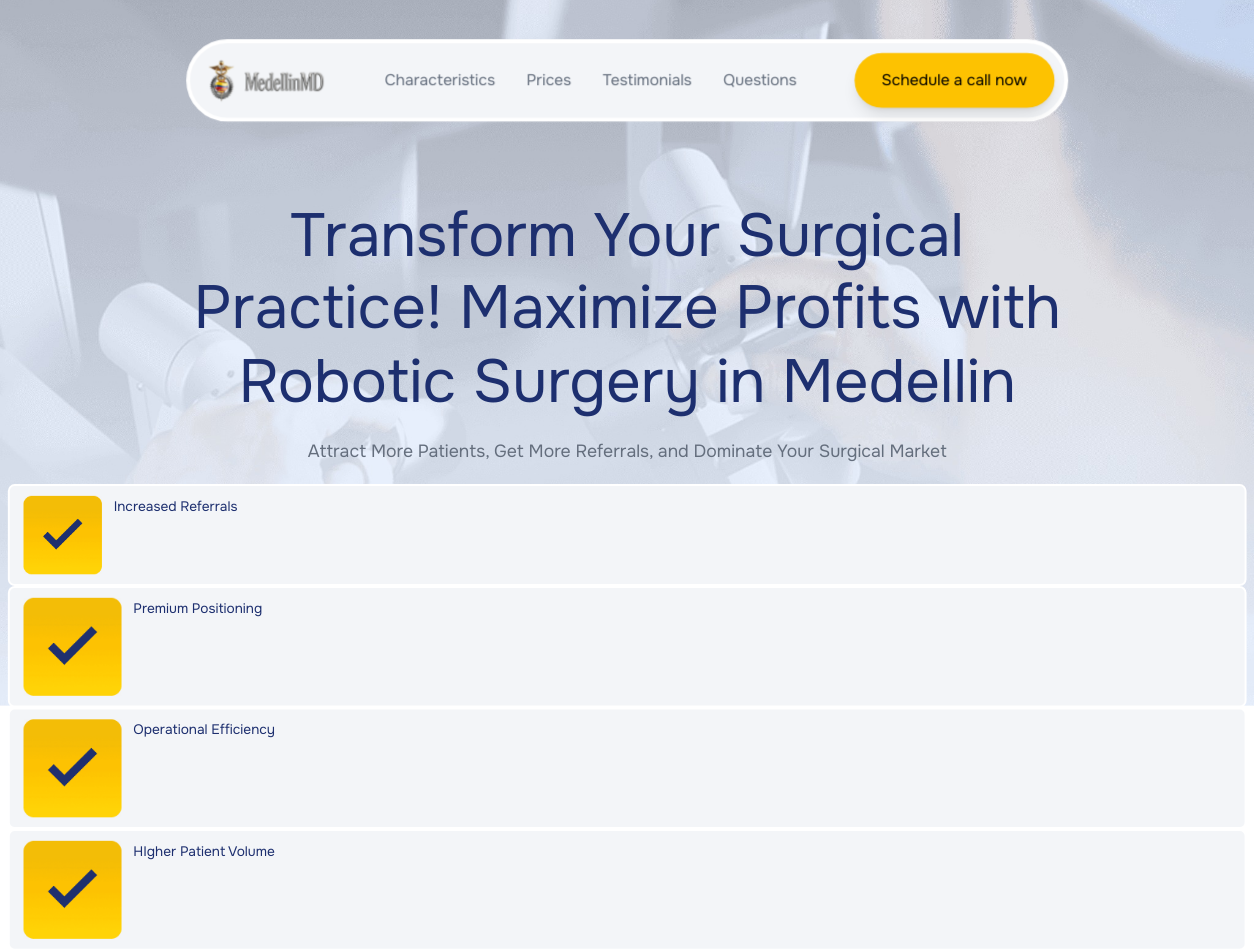
Repository: emmanueltech2019/cmd
Page: /home
An editor plug-in stored every save of this project. The page is shown before and after a run of saves, followed by the edit.
The browser window is 1280 px wide. The pictures show the whole page, at 98% of full size.
The project was rebuilt for these pictures with package versions that can differ from the ones it lists, and the page was loaded fresh each time. The framework's server and built-in components were replaced by stand-ins that run in the browser. Also part of the build but not shown: next.config.mjs.

Above is the page before, as saved 2025-05-15 16:13:52.

### src/app/home/page.jsx
import React from 'react'
import Image from 'next/image'
import medellinHero from '@/images/jpg/medellinHero.jpg'
import medellinLogo from '@/images/png/medellinLogo.png'
import medellinCheck from '@/images/png/medellinCheck.png'
import SlideView from '../components/SlideView'
import Button from '../components/Button'

const page = () => {
  return (
    <>
        <div className={`h-screen w-full`}
            style={{
                backgroundImage: `url(${medellinHero.src})`,
                backgroundSize: 'cover',
                backgroundPosition: 'center',
                backgroundRepeat: 'no-repeat',
            }}
        >
            <nav className='py-5'>
                <div className="w-web-navwidth mx-auto bg-web-navwhite backdrop-blur-md p-web-nav-padding flex justify-between items-center rounded-web-radius border-white border-4 my-5">
                    <div className="w-web-logowidth h-web-logoheight flex justify-center items-center">
                        <Image src={medellinLogo} width={100} height={100} alt='medellin logo' className='w-full' />
                    </div>
                    <ul className="flex gap-web-navgap items-center text-navfontsize">
                        <li>
                            <button className='p-web-nav-padding bg-transparent hover:bg-web-blue text-web-navgray hover:text-white transition-all duration-500 rounded-web-navbtnradius'>Characteristics</button>
                        </li>
                        <li>
                            <button className='p-web-nav-padding bg-transparent hover:bg-web-blue text-web-navgray hover:text-white transition-all duration-500 rounded-web-navbtnradius'>Prices</button>
                        </li>
                        <li>
                            <button className='p-web-nav-padding bg-transparent hover:bg-web-blue text-web-navgray hover:text-white transition-all duration-500 rounded-web-navbtnradius'>Testimonials</button>
                        </li>
                        <li>
                            <button className='p-web-nav-padding bg-transparent hover:bg-web-blue text-web-navgray hover:text-white transition-all duration-500 rounded-web-navbtnradius'>Questions</button>
                        </li>
                    </ul>
                    <Button className='bg-web-yellow hover:bg-web-blue py-4 px-7 transition-all duration-500 hover:text-white shadow-lg rounded-web-radius'>Schedule a call now</Button>
                </div>
            </nav>
            <div className="mt-10 w-[100%] md:w-[70%] mx-auto">
                <h1 className="text-center text-web-blue text-webhero-font leading-webhero-lineheight">Transform Your Surgical Practice! Maximize Profits with Robotic Surgery in Medellin</h1>
                <p className='text-websubhero-font text-web-navgray text-center py-5'>Attract More Patients, Get More Referrals, and Dominate Your Surgical Market</p>
            </div>
            <div className="whitespace-nowrap">
                <SlideView>
                    <div className="flex gap-3">
                        <Image src={medellinCheck} alt='medellin check' width={100} height={100} className='w-20' />
                        Increased Referrals
                    </div>
                </SlideView>
                <SlideView>
                    <div className="flex gap-3">
                        <Image src={medellinCheck} alt='medellin check' width={100} height={100} />
                        Premium Positioning
                    </div>
                </SlideView>
                <SlideView>
                    <div className="flex gap-3">
                        <Image src={medellinCheck} alt='medellin check' width={100} height={100} />
                        Operational Efficiency
                    </div>
                </SlideView>
                <SlideView>
                    <div className="flex gap-3">
                        <Image src={medellinCheck} alt='medellin check' width={100} height={100} />
                        HIgher Patient Volume
                    </div>
                </SlideView>
            </div>
        </div>
    </>
  )
}

export default page

### src/app/globals.css
@import url('https://fonts.googleapis.com/css2?family=Onest:wght@100..900&family=Poppins:ital,wght@0,100;0,200;0,300;0,400;0,500;0,600;0,700;0,800;0,900;1,100;1,200;1,300;1,400;1,500;1,600;1,700;1,800;1,900&display=swap');

*{
  font-family: "Onest", sans-serif;
}

@tailwind base;
@tailwind components;
@tailwind utilities;

@font-face {
  font-family: 'Onset';
  src: url('/src/fonts/Onest-VariableFont_wght.ttf') format('truetype');
  font-weight: 400;
  font-style: normal;
  font-display: swap; /* recommended for better performance */
}

### src/app/components/SlideView.jsx
import React from 'react'

const slideview = ({ children }) => {
  return (
    <div className='p-web-heroslideview bg-web-navwhite border-white border-2 rounded-web-heroslideradius text-web-navfontsize text-web-blue mx-2 flex-shrink-0'>{children}</div>
  )
}

export default slideview

### src/app/components/button.jsx
import React from 'react'

const button = ({children}) => {
  return (
    <button className='bg-web-yellow hover:bg-web-blue py-4 px-7 transition-all duration-500 hover:text-white shadow-lg rounded-web-radius'>{children}</button>
  )
}

export default button

### tailwind.config.js
/** @type {import('tailwindcss').Config} */
export default {
  content: [
    "./index.html",
    "./src/**/*.{js,ts,jsx,tsx}",
  ],
  theme: {
    extend: {
      colors: {
        'web-blue': '#1d2f6f',
        'web-yellow': '#fdc201',
        'web-navwhite': '#f3f5f8',
        'web-navgray': '#646e7d',
      },
      boxShadow: {
        'web-shadow': '#abcbff08 0px 0.602187px 2.28831px 0px,'
      },
      padding: {
        'web-btn-padding': '16px 28px',
        'web-nav-padding': '10px',
        'web-heroslideview': '10px 14px'
      },
      lineHeight: {
        'webhero-lineheight': '74.4px'
      },
      fontSize: {
        'webhero-font': '62px',
        'websubhero-font': '18px',
        'web-navfontsize': '14px'
      },
      width: {
        'web-navwidth': '900px',
        'web-logowidth': '130px',
      },
      height: {
        'web-navheight': '76px',
        'web-logoheight': '56px'
      },
      borderRadius: {
        'web-radius': '99px',
        'web-navbtnradius': '8px',
        'web-heroslideradius': '7px'
      },
      gap: {
        'web-navgap': '12px'
      },
      fontFamily: {
        myFont: ['Onset']
      }
    },
  },
  plugins: [],
}

Loaded but not shown: src/app/layout.jsx (common file)

After the next 2 saves:
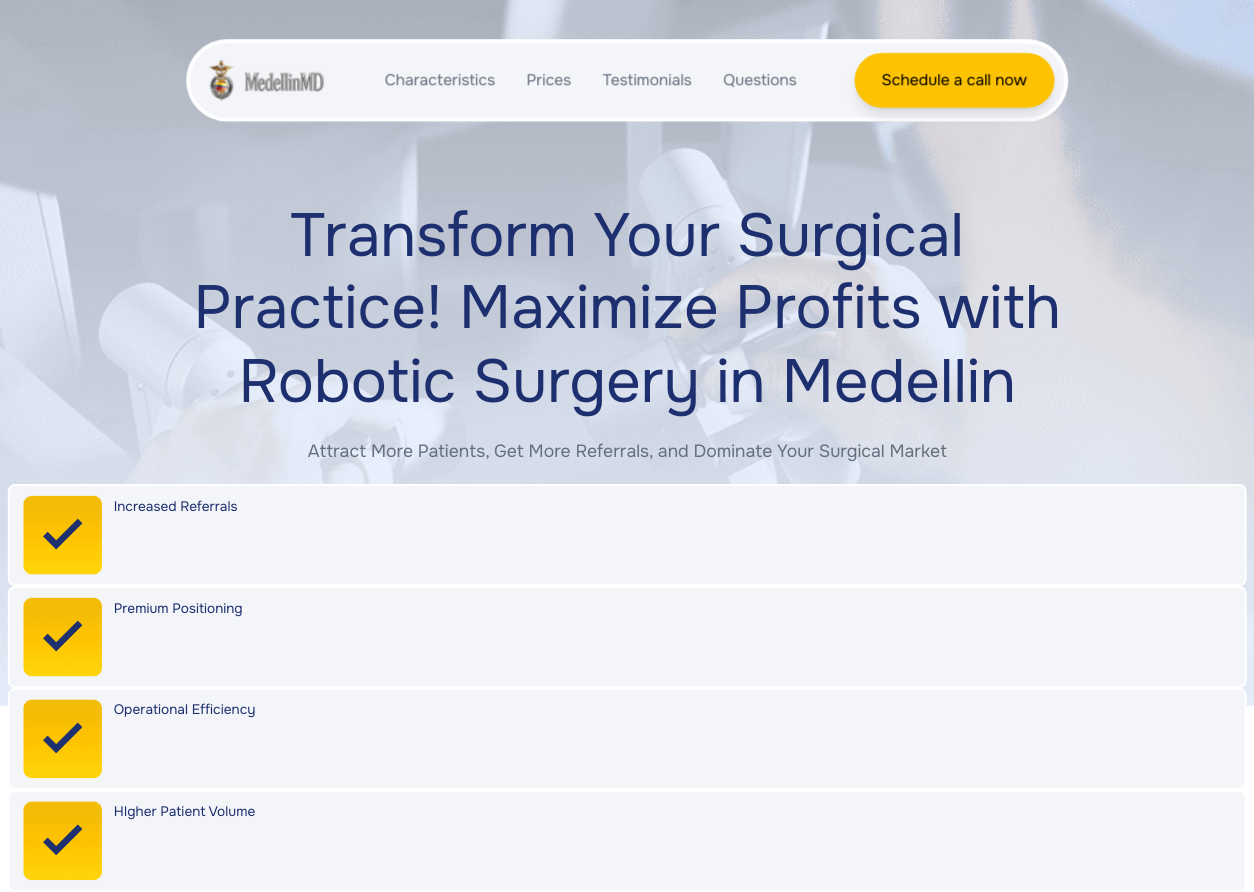
The 2 saves are shown as one change because 1 did not build or start.
The last was saved 24 s later.
--- a/src/app/home/page.jsx
+++ b/src/app/home/page.jsx
@@ -52,19 +52,19 @@ const page = () => {
                 </SlideView>
                 <SlideView>
                     <div className="flex gap-3">
-                        <Image src={medellinCheck} alt='medellin check' width={100} height={100} />
+                        <Image className='w-20' src={medellinCheck} alt='medellin check' width={100} height={100} />
                         Premium Positioning
                     </div>
                 </SlideView>
                 <SlideView>
                     <div className="flex gap-3">
-                        <Image src={medellinCheck} alt='medellin check' width={100} height={100} />
+                        <Image className='w-20' src={medellinCheck} alt='medellin check' width={100} height={100} />
                         Operational Efficiency
                     </div>
                 </SlideView>
                 <SlideView>
                     <div className="flex gap-3">
-                        <Image src={medellinCheck} alt='medellin check' width={100} height={100} />
+                        <Image className='w-20' src={medellinCheck} alt='medellin check' width={100} height={100} />
                         HIgher Patient Volume
                     </div>
                 </SlideView>
